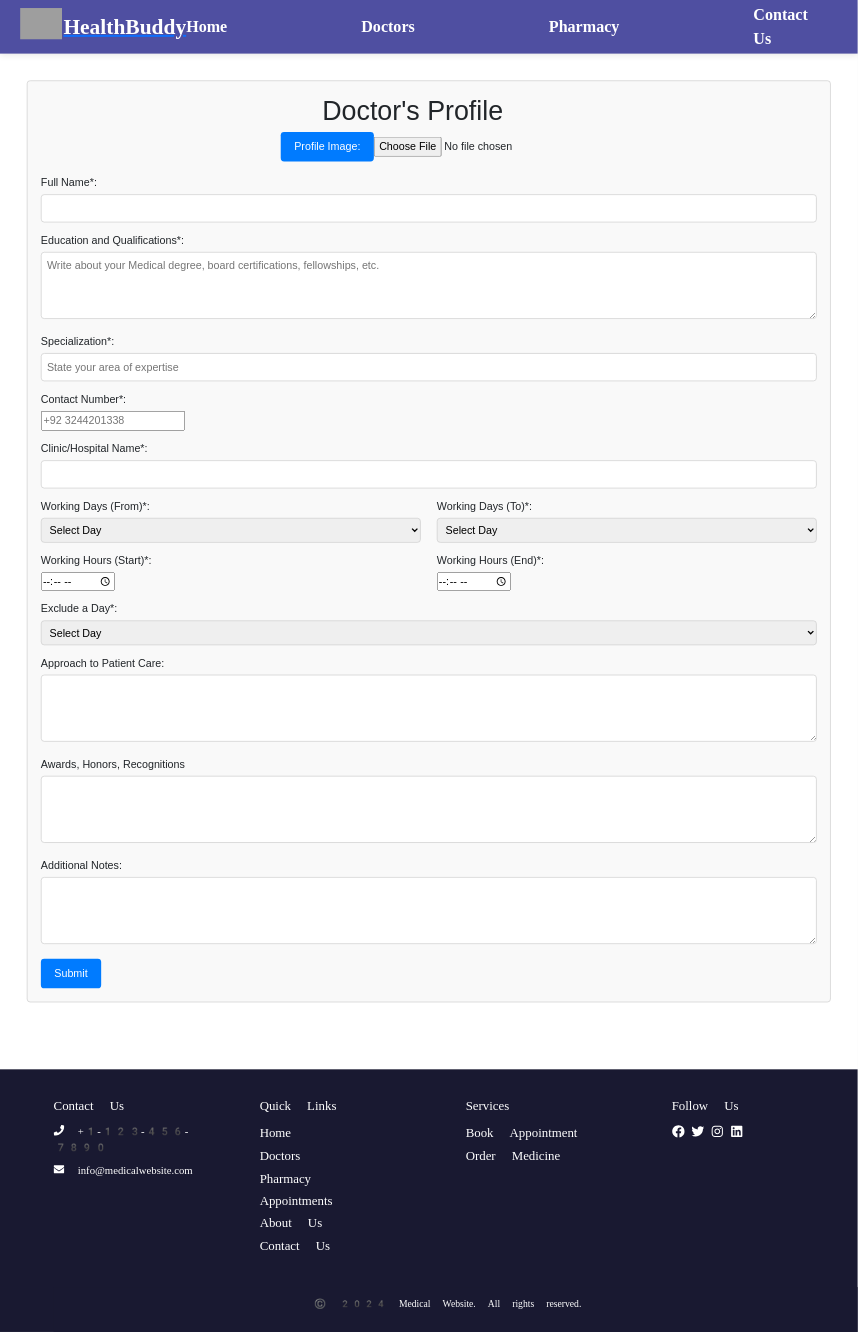
Repository: WajihaGul/MedicalApp-Frontend
Page: /ViewDoctorProfile
The author's editor kept a copy of each file at every save. The page is drawn from the files as they stood at one save, then again after the next save.
The browser window is 1280 px wide. The pictures show the whole page, at 67% of full size.
Pictures or frames that could not be fetched are drawn as grey boxes. The project was rebuilt for these pictures with package versions that can differ from the ones it lists, and the page was loaded fresh each time. Also part of the build but not shown: vite.config.js, src/index.css, src/App.css, src/Components/Accomplishments/Accomplishments.module.css, src/Components/Accomplishments/Accomplishments.jsx, src/Components/Experience/Experience.module.css, src/Components/Experience/Experience.jsx, src/Components/LandingPage/LandingPage.module.css and 47 more.

Above is the page before, as saved 2024-06-09 16:10:53.

After the next save:
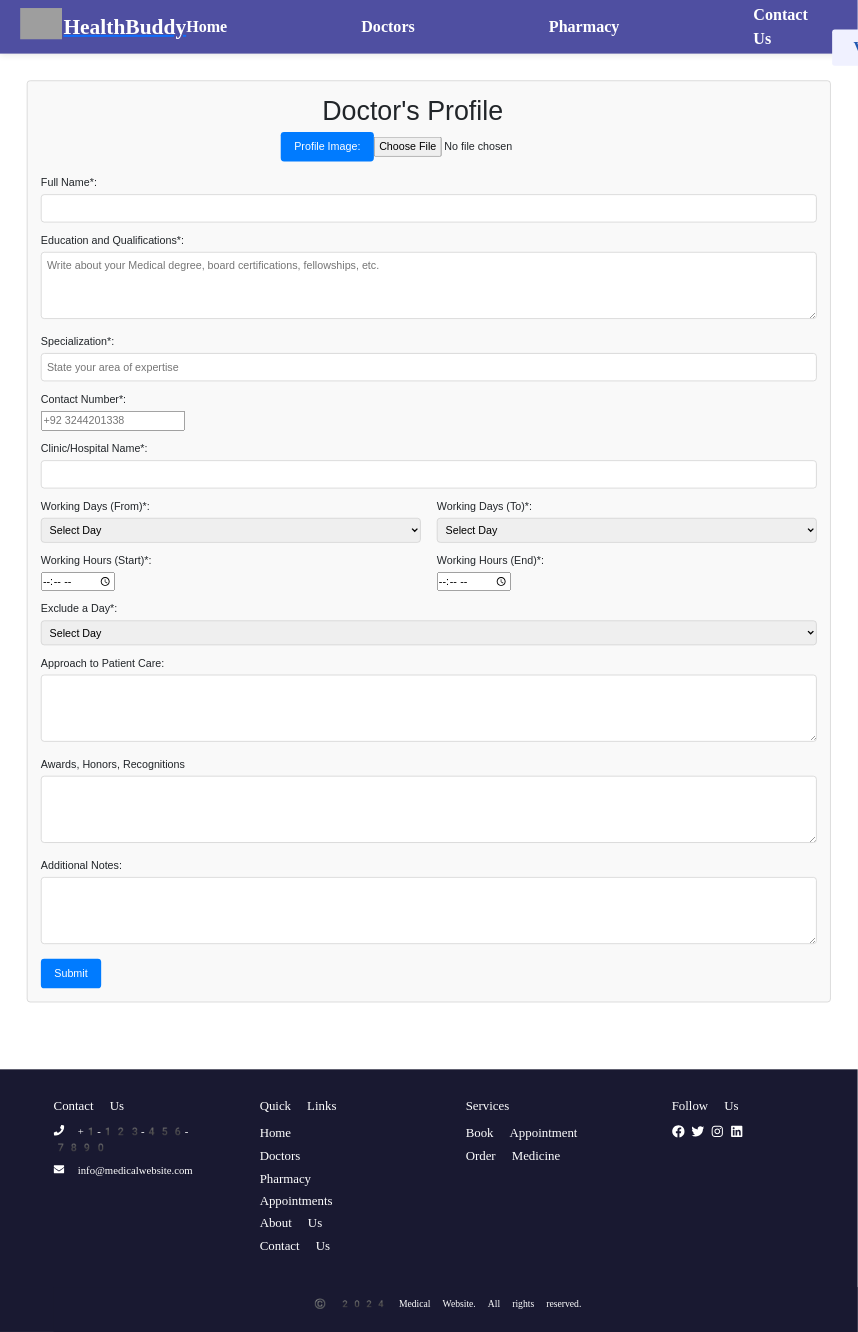
Saved 91 s later.
--- a/src/Components/NavigationBar/Navbar.module.css
+++ b/src/Components/NavigationBar/Navbar.module.css
@@ -86,6 +86,10 @@
 display: flex;
 align-items: center;
 }
+.customButton{
+  margin-left: -207px;
+    margin-bottom: 73px;
+}
 .viewProfileButton{
   margin-left: 157px;
   margin-bottom: 65px;

After the 2 saves that followed:
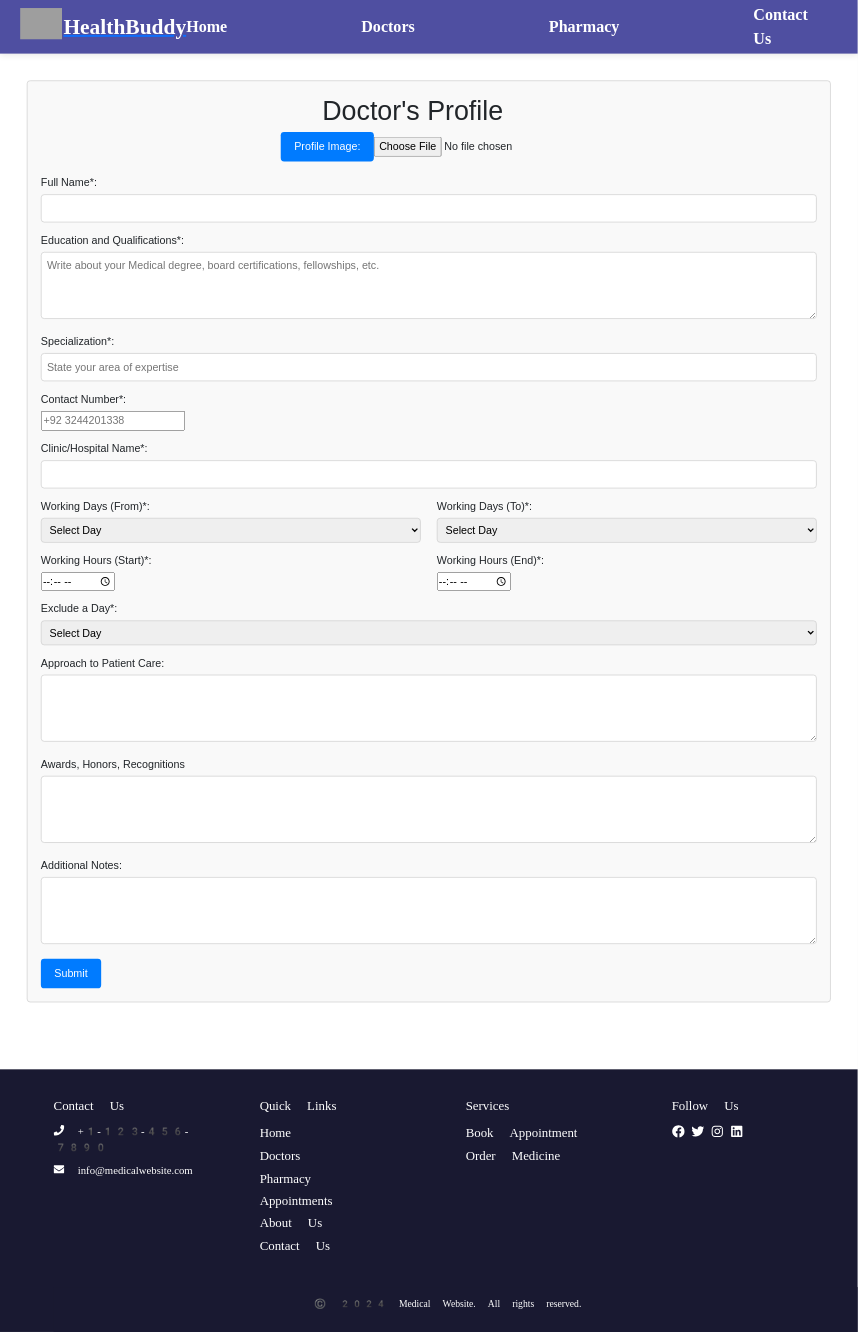
The 2 saves are shown as one change because 1 left the picture as it was.
The last was saved 20 s later.
--- a/src/Components/NavigationBar/Navbar.module.css
+++ b/src/Components/NavigationBar/Navbar.module.css
@@ -86,14 +86,7 @@
 display: flex;
 align-items: center;
 }
-.customButton{
-  margin-left: -207px;
-    margin-bottom: 73px;
-}
-.viewProfileButton{
-  margin-left: 157px;
-  margin-bottom: 65px;
-}
+
 .nav_img {
 height: 47px;
 margin-right: 20px;
